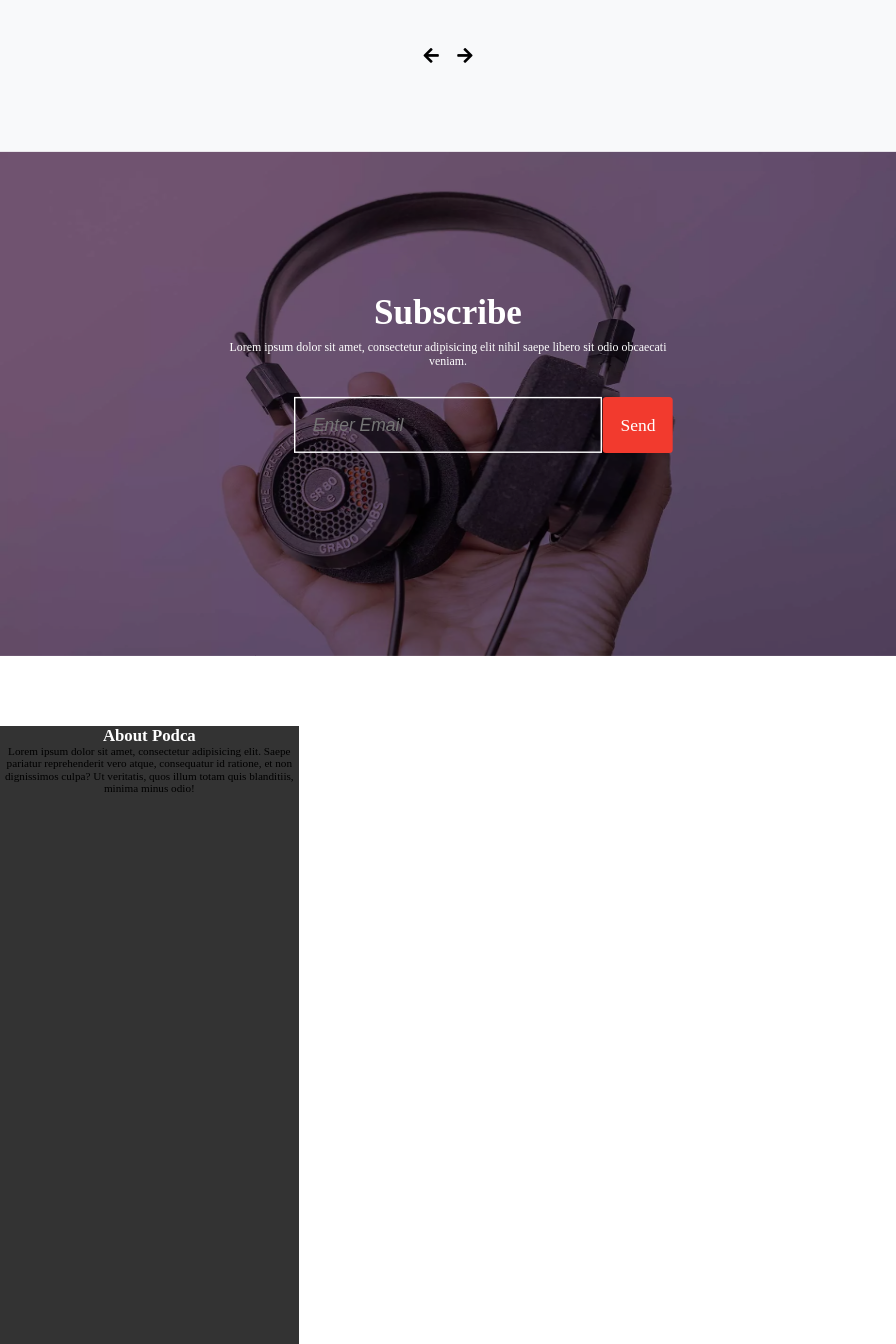
Repository: nhutduy0803/template2
Page: index.html
These files come from the project's save history. The page is drawn as it stood at one moment and after the next save; the edit follows.
The browser window is 1280 px wide. The pictures show the part of the page from y = 4580 to 6500 px (the page is 6553 px tall before and 6453 px after), at 70% of full size.

Above is the page before, as saved 2021-12-10 18:30:11.

After the next save:
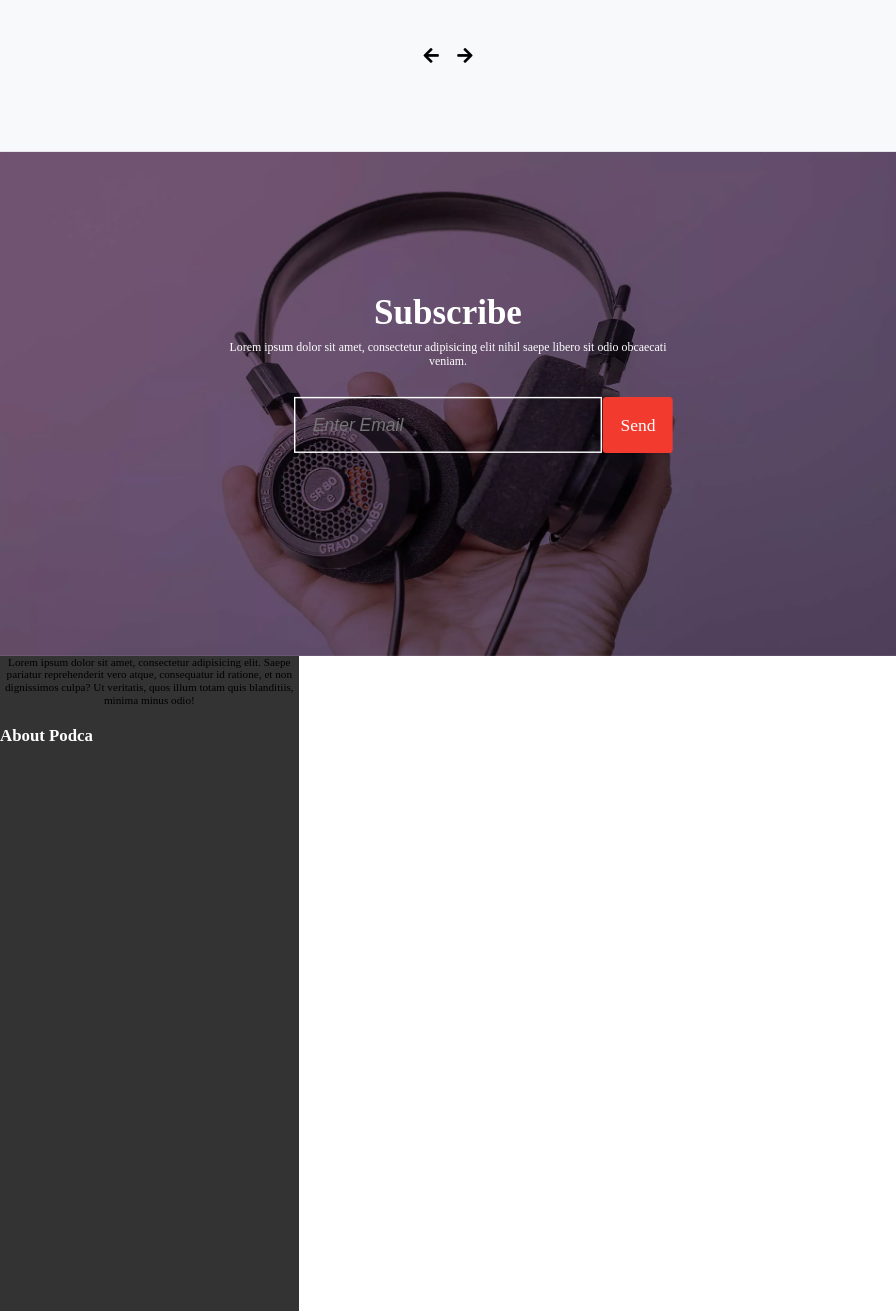
Saved 15 s later.
--- a/assets/css/style.css
+++ b/assets/css/style.css
@@ -805,7 +805,8 @@
 }
 
 .footer-right h2 {
-  margin-top: 100px;
+  position: absolute;
+  top: 100px;
   color: #fff;
 }
 
